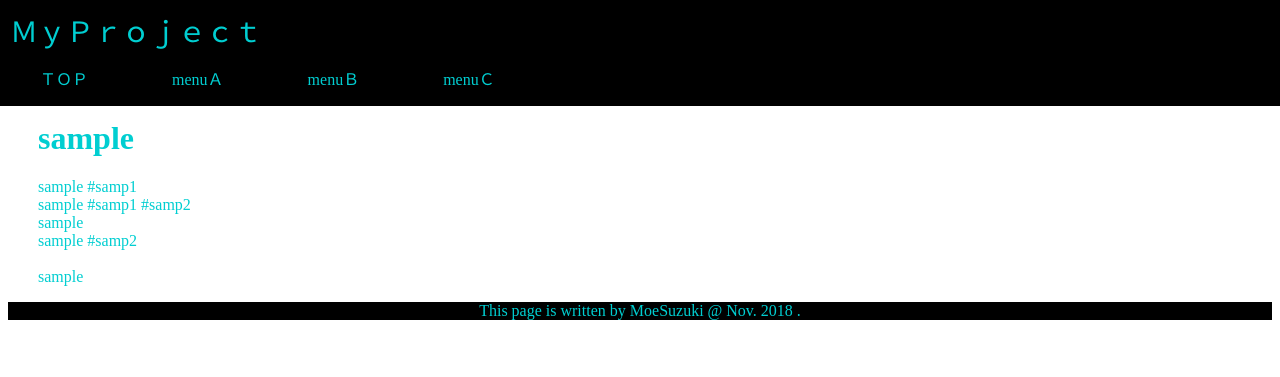
Repository: user10112018/test
Page: http://localhost/MyProject/jquery.jsp
These files come from the project's save history. The page is drawn as it stood at one moment and after the next save; the edit follows.
The browser window is 1280 px wide. The pictures show the whole page.
The page is served by Tomcat 9. Other server files are loaded and not shown.

Above is the page before, as saved 2018-11-20 06:40:53.

### MyProject/WebContent/jquery.jsp
<%@ page language="java" contentType="text/html; charset=UTF-8"
    pageEncoding="UTF-8"%>
<%@ taglib prefix="s" uri="/struts-tags" %>
<!DOCTYPE html>
<html>
<head>
<meta charset="UTF-8">
<link rel="stylesheet" href="./css/style01.css">
<script src="https://ajax.googleapis.com/ajax/libs/jquery/3.3.1/jquery.min.js"></script>

<title>jQuery</title>




</head>


<body>

<!-- スクリプトファイル指定 -->
<script type="text/javascript" src="./javascript/script.js"></script>

<!-- ============== ココカラ =============== -->

<!-- ==== header ===== -->
<header>

<div id="logo">ＭｙＰｒｏｊｅｃｔ</div>



<div id="menu">

<ul>
   <li>ＴＯＰ</li>
   <li>menuＡ</li>
   <li>menuＢ</li>
   <li>menuＣ</li>
</ul>

</div>

</header>

<!-- ==== main ===== -->

<main>
<div id="main-container">

<h1>
sample
<br>
</h1>

<div class="samp1">
sample   #samp1
<br>

<div class="samp2">
sample   #samp1 #samp2
<br>
</div>
</div>

sample
<br>


<div class="samp2">
sample  #samp2
</div>
<br>

sample
<br>


</div>
<!-- ======================= ココマデ ===================================== -->
</main>

<!-- ==== footer ===== -->
<footer>
<p>This page is written by MoeSuzuki   @ Nov. 2018 .</p>
</footer>

</body>
</html>

### MyProject/WebContent/css/style01.css
@CHARSET "UTF-8";

body {
/* 	color: red; */
/*     color: #008b8b; */
/*     width: 1080px; */
    color: #00ced1;
	font-family: 'メイリオ';
}


header{
/* 	position: absolute; だとスクロールで見えなくなる */
/* 	position: absolute; */
/* 	position: fixed; だとスクロールしても動かない */
	position: fixed;
	left: 0px;
	top: 0px;
	background-color: black;
	width: 100%;
/* 	white-space: nowrap; */
}


#logo{
	font-size: 28px;
/* 	color: red; */
/* 	font-family:  */
    padding-top: 10px;
    padding-left: 10px;
    white-space: nowrap;


}

#menu{
/* 	width: 100%; */
	heiht: 70px;
	background-color: black;
/* 	white-space: nowrap; */
/*     overflow-x: scroll;  これを入れるとナビゲーション用の横スクロールバーが出現する*/
}

#menu ul{
/* 	padding-right: 20px; */
/* white-space: nowrap; */
white-space: nowrap;

}

#menu ul li{
/* 	float: left; */
    display: inline-block;
	list-style: none;
/* 	color: red; */
	font-size: 16px;
	padding-right: 80px;
/* 	text-align: left; */
    height: 24px;
/*     white-space: nowrap; */
}

main{
	clear: both;
	white-space: nowrap;
/* 	これをここに入れるとテーブルの項目が改行されなくなる */
}

#main-container{
	width: 90%;
	margin-top: 120px;
	margin-left: 30px;
/* 	left: 30px; */
}

footer{
	clear: both;
/* 	position: absolute; */
	bottom: 0px;
	left: 0px;
	background-color: black;
	width: 100%;
/* 	height: 24px; */
/* 	margin-top: 10px; */
/* 	margin-bottom: 0px; */
/* 	margin-left: 0px; */

/* 	margin: 0 auto; */
	text-align: center;

}

### MyProject/WebContent/javascript/script.js
/**
 *
 */
jQuery (function(){

// ここにjQueryを書いていく

	$("h1").click(function(){
		$("#samp2").fadeIn("slow");
		$("#samp1 #samp2").fadeOut("slow");
	})




});

After the next save:
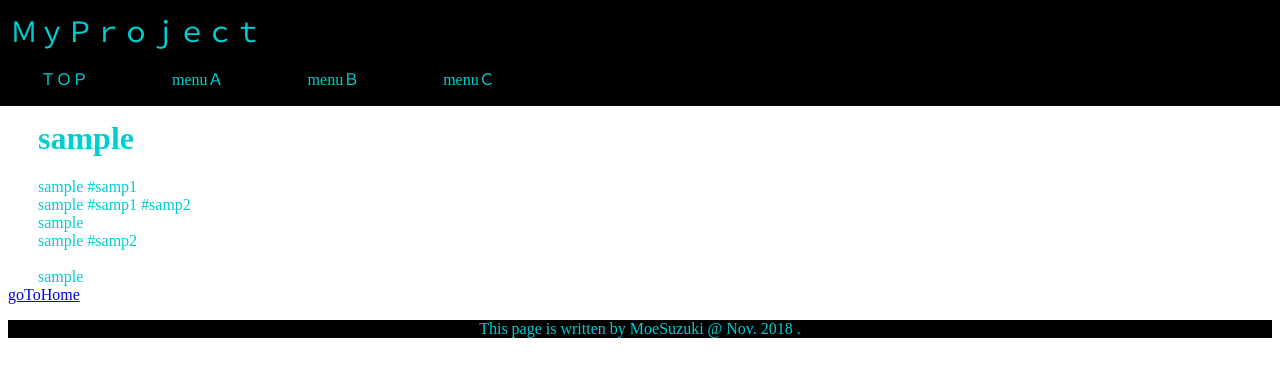
Saved 80 s later.
--- a/MyProject/WebContent/jquery.jsp
+++ b/MyProject/WebContent/jquery.jsp
@@ -77,6 +77,9 @@ sample
 
 
 </div>
+
+<a href='index.jsp'>goToHome</a>
+
 <!-- ======================= ココマデ ===================================== -->
 </main>
 
